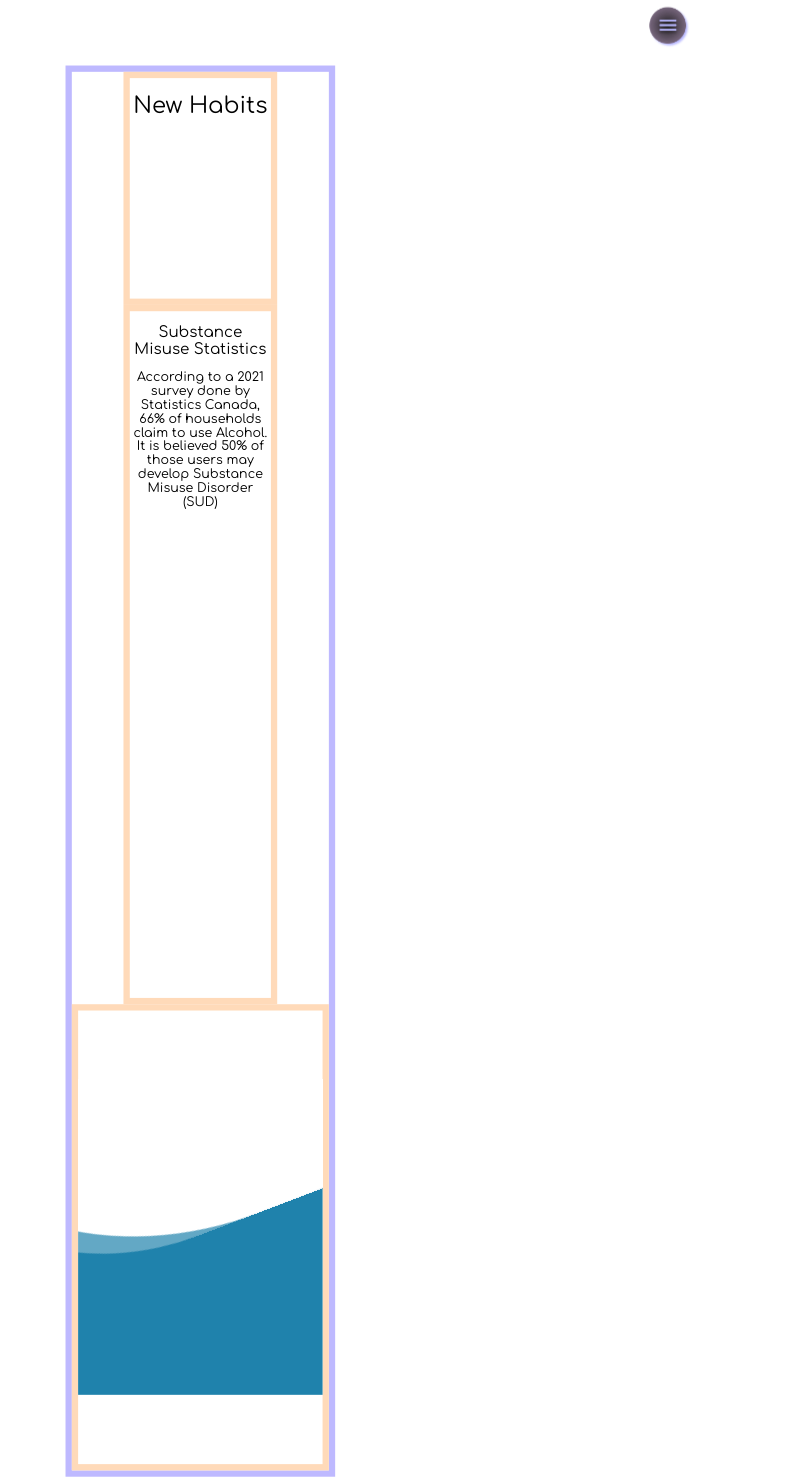
Repository: olivia-sk/MDIA-2109-2106-Big-Project
Page: /
These files come from the project's save history. The page is drawn as it stood at one moment and after the next save; the edit follows.
The browser window is 1280 px wide. The pictures show the whole page, at 63% of full size.
The project was rebuilt for these pictures with package versions that can differ from the ones it lists, and the page was loaded fresh each time. The framework's server and built-in components were replaced by stand-ins that run in the browser. Also part of the build but not shown: next.config.js, styles/globals.css, components/PieChart/PieChart.module.css, components/PieChart/index.js, components/Button/Button.module.css, components/Button/index.js.

Above is the page before, as saved 2023-04-15 13:51:43.

After the next save:
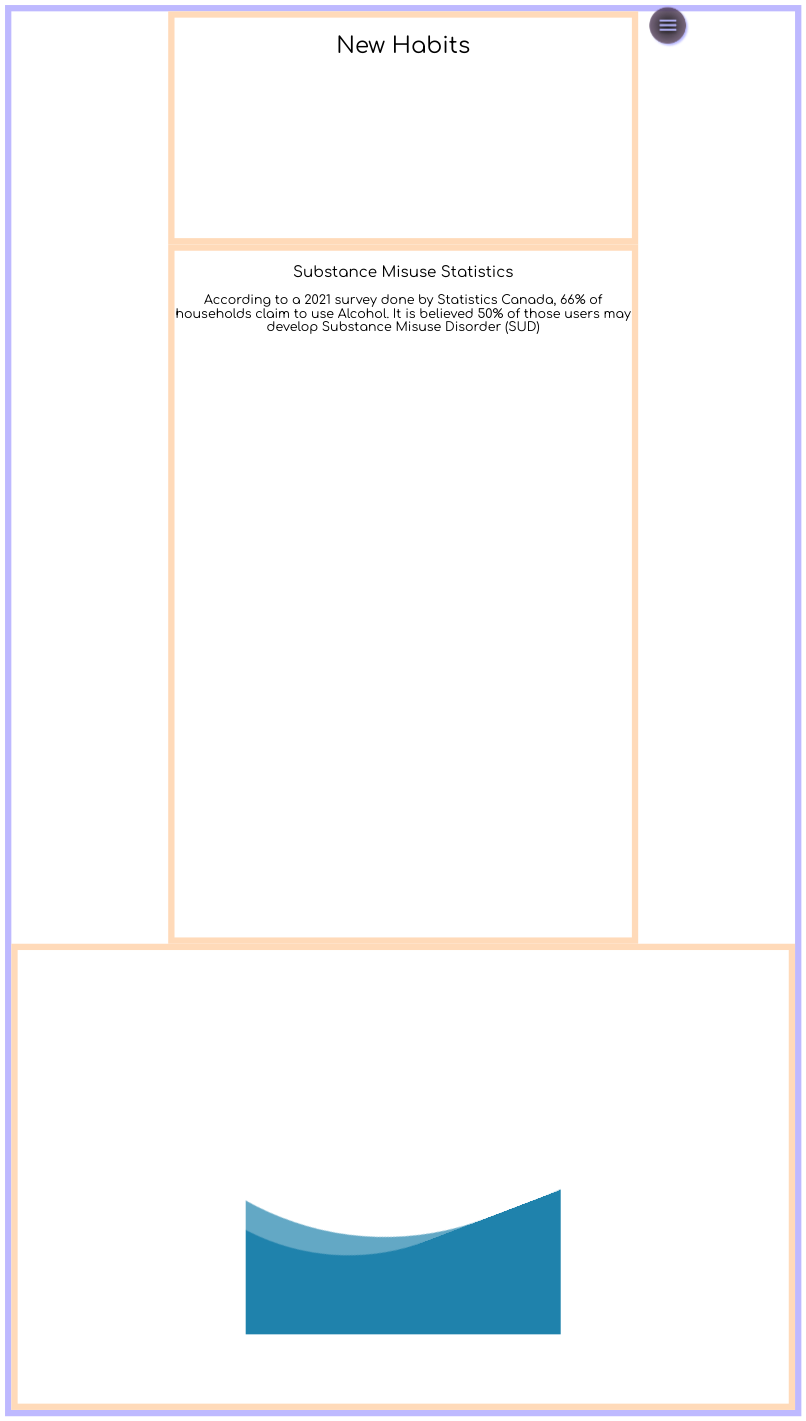
Saved 1 s later.
--- a/pages/index.js
+++ b/pages/index.js
@@ -19,8 +19,7 @@
         <meta name="viewport" content="width=device-width, initial-scale=1" />
         <link rel="icon" href="/favicon.ico" />
       </Head>
-      <main className={styles.main}>
-        <div class={styles.parent}>
+      <main className={styles.parent}>
           <div class={styles.div3}>
           <h1 className={styles.title}>New Habits</h1>
           </div>
@@ -32,7 +31,6 @@
           <div class={styles.div2}>
             <WaterWave className={styles.wave} />
           </div>
-        </div>
       </main>
     </>
   );
